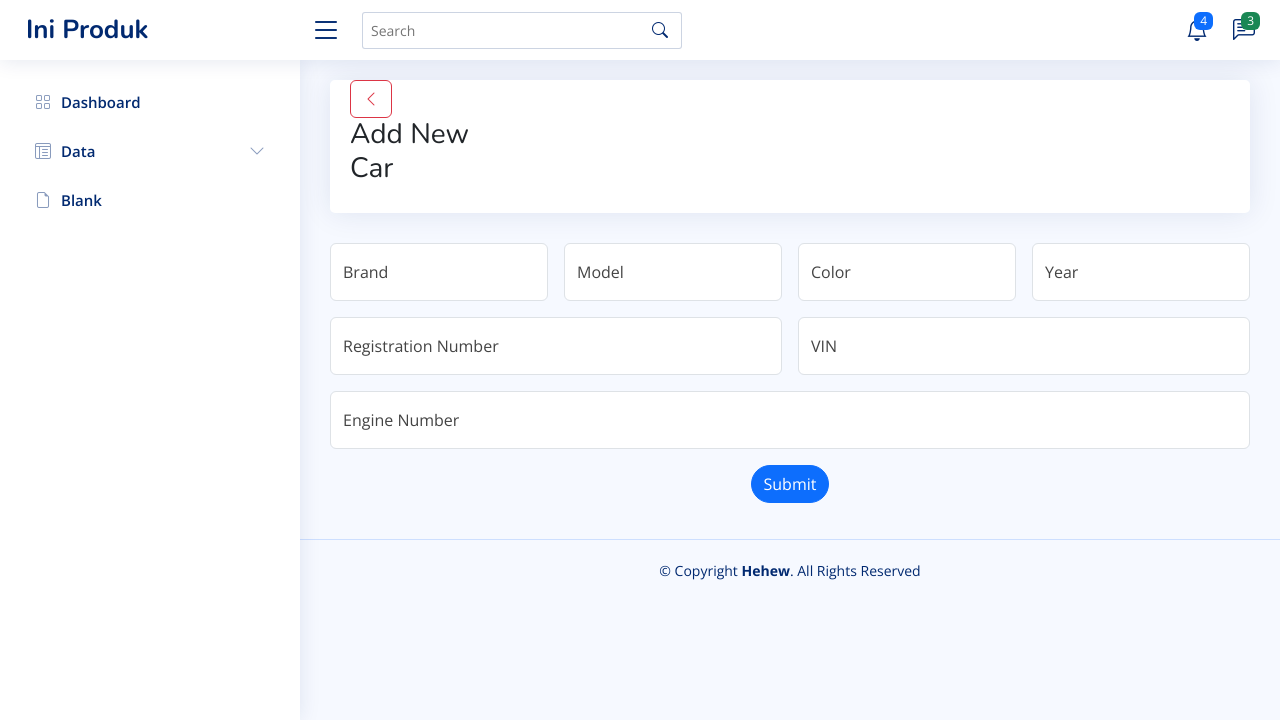
Repository: Jistoper/car_rental
Page: http://localhost/create
The author's editor kept a copy of each file at every save. The page is drawn from the files as they stood at one save, then again after the next save.
The browser window is 1280 px wide. The pictures show the whole page.
The page is served by the project's Laravel application, run on PHP 8.4 with Laravel 9.

Above is the page before, as saved 2023-06-25 15:16:02.

After the next save:
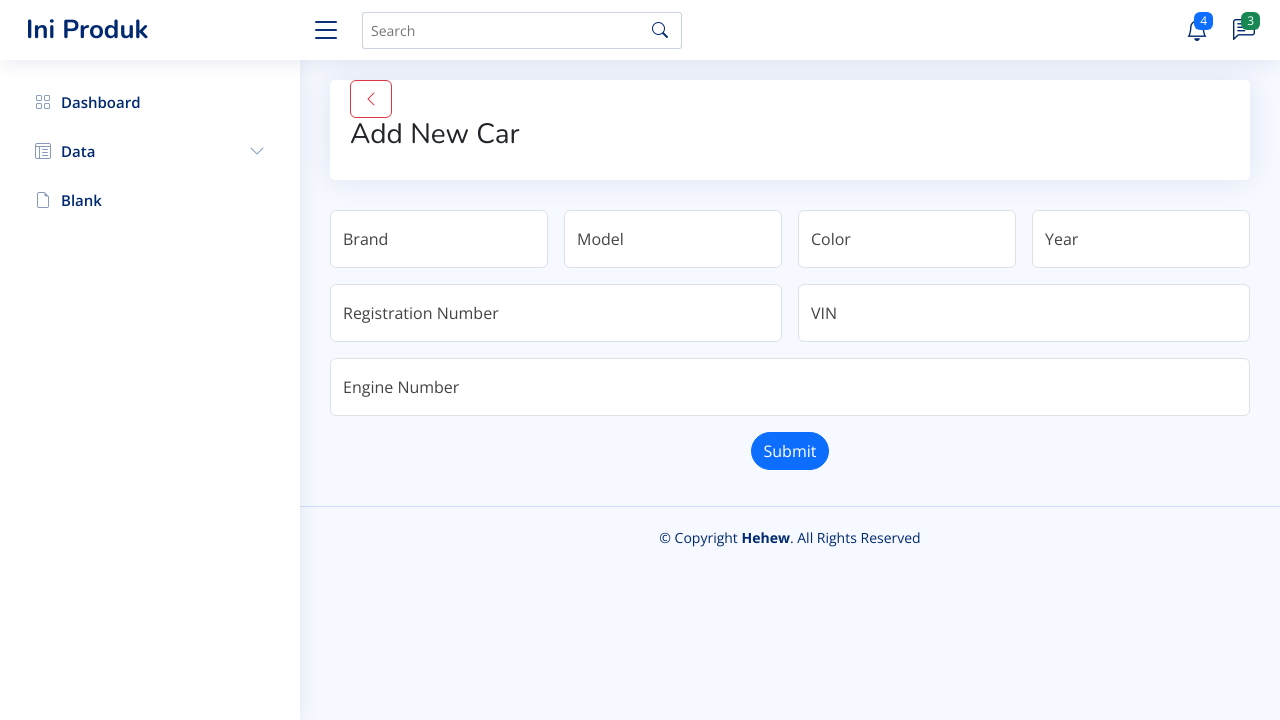
Saved 25 s later.
--- a/resources/views/backsite/content/car/createcar.blade.php
+++ b/resources/views/backsite/content/car/createcar.blade.php
@@ -5,13 +5,8 @@
 <div>
     <div class="card">
       <div class="card-body">
-          <button type="button" href="{{ route('car.getall') }}" class="btn btn-outline-danger bi-chevron-left"></button>
-
-        <div class="col-md-2">
-          <h3>
-              Add New Car
-          </h3>
-        </div>
+        <button type="button" href="{{ route('car.getall') }}" class="btn btn-outline-danger bi-chevron-left"></button>
+        <h3>Add New Car</h3>
       </div>
     </div>
     <form action="{{ route('car.store') }}" method="POST" class="row g-3">
